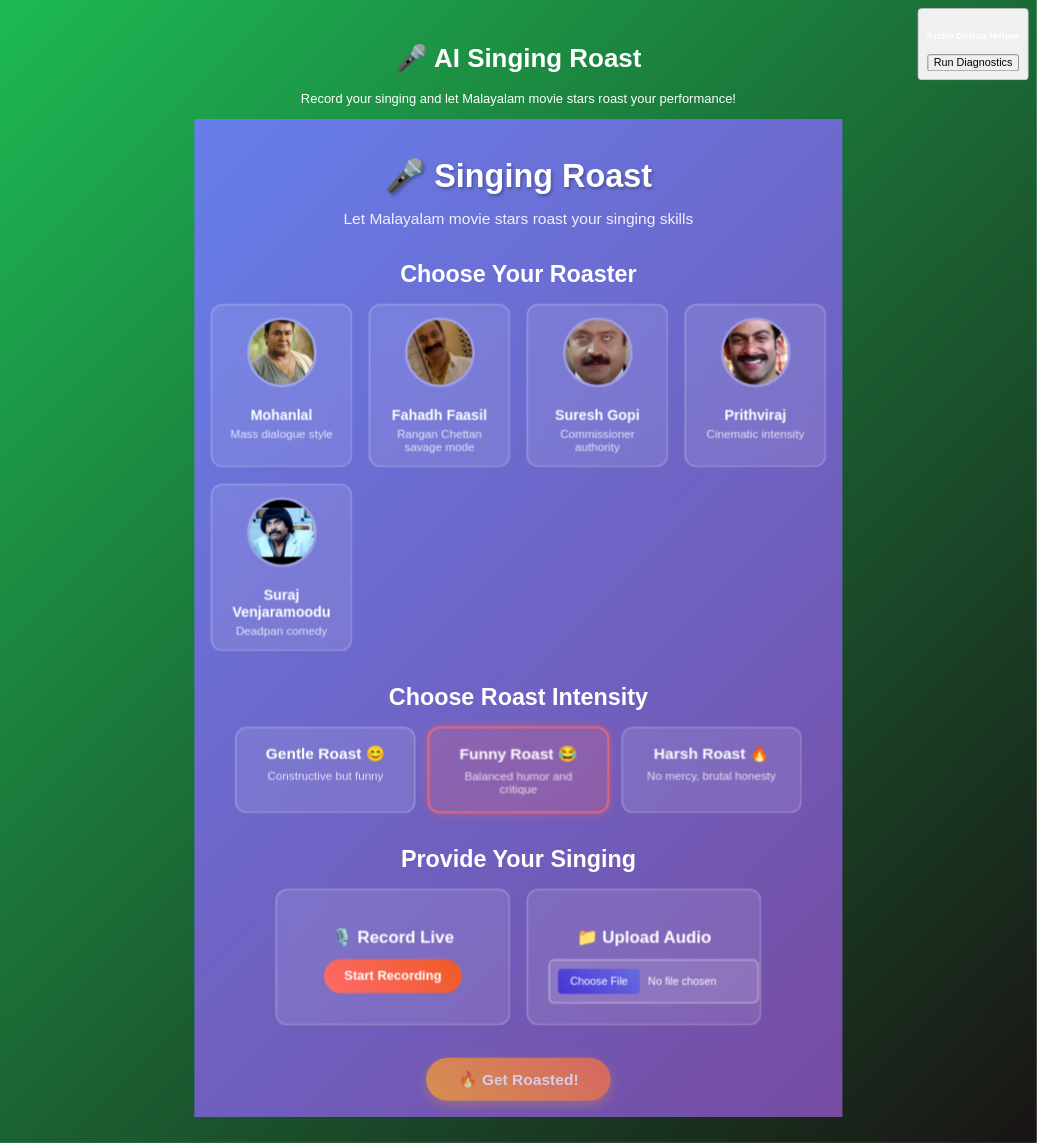
Repository: ashlin311/useless_project_team_gosh
Page: / (app in react-app/)
The author's editor kept a copy of each file at every save. The page is drawn from the files as they stood at one save, then again after the next save.
The browser window is 1280 px wide. The pictures show the whole page, at 81% of full size.
The page's requests for data from a server got no answer. The project was rebuilt for these pictures with package versions that can differ from the ones it lists, and the page was loaded fresh each time. No one was signed in, and anything a server would have sent is missing.

Above is the page before, as saved 2025-08-10 10:40:11.

After the next save:
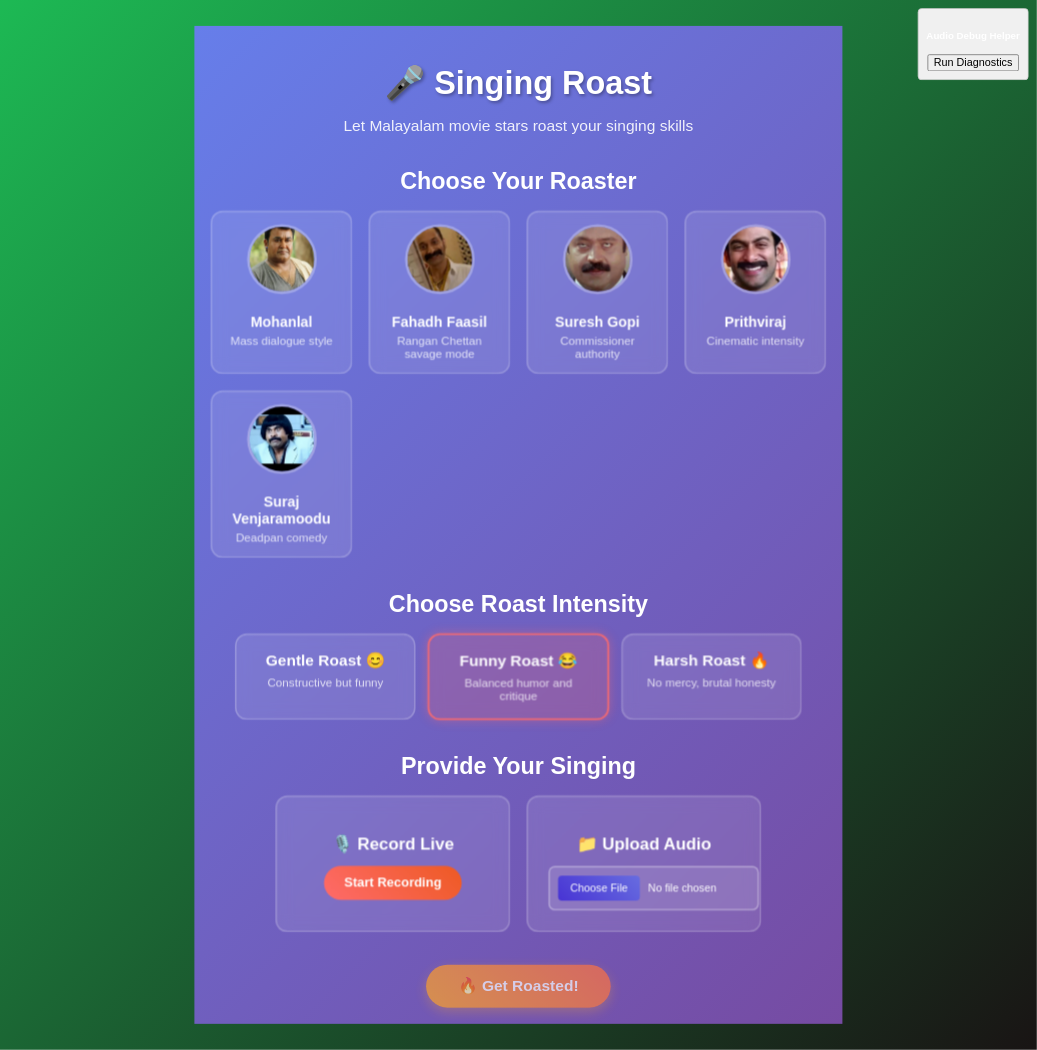
Saved 2 min 16 s later.
--- a/react-app/src/App.js
+++ b/react-app/src/App.js
@@ -9,8 +9,7 @@
     <div className="App">
       <div className="home-container">
         <header className="app-header">
-          <h1>🎤 AI Singing Roast</h1>
-          <p>Record your singing and let Malayalam movie stars roast your performance!</p>
+
         </header>
 
         {currentPage === 'audio-roasting' && (
